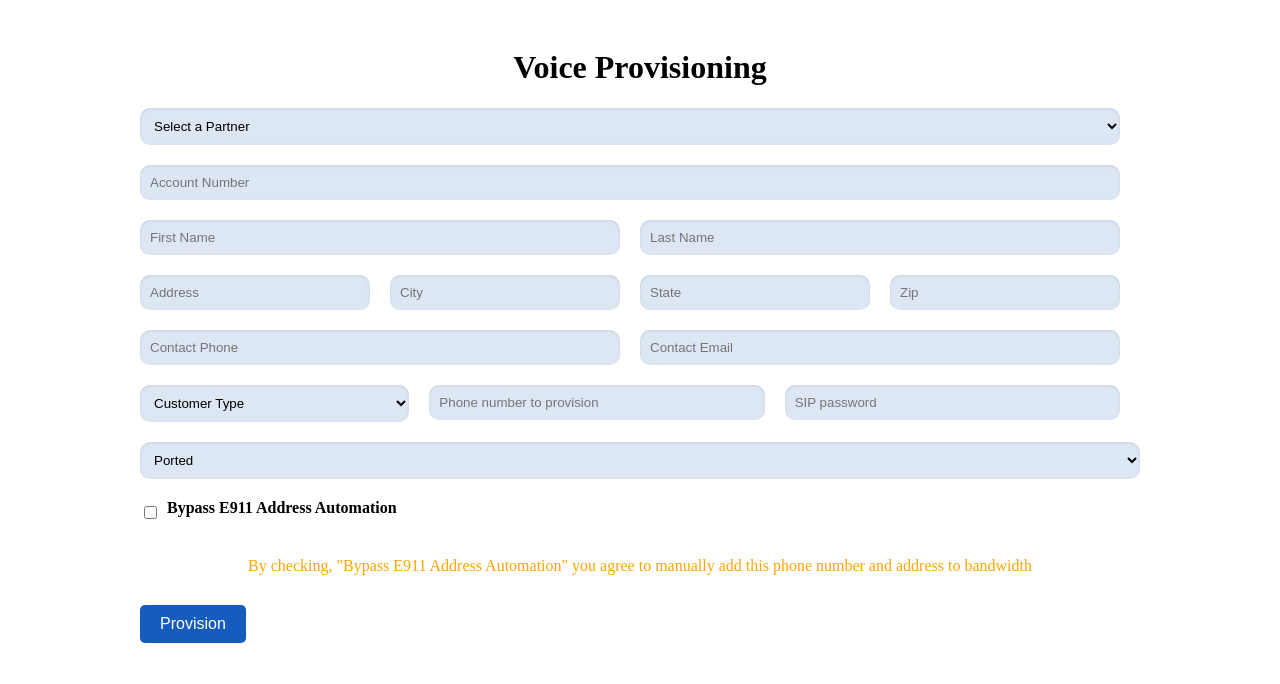
Repository: smallchungus/logiccom
Page: /
The author's editor kept a copy of each file at every save. The page is drawn from the files as they stood at one save, then again after a run of saves.
The browser window is 1280 px wide. The pictures show the whole page.
The project was rebuilt for these pictures with package versions that can differ from the ones it lists, and the page was loaded fresh each time. Also part of the build but not shown: vite.config.ts.

Above is the page before, as saved 2023-05-04 12:30:45.

### src/App.vue
<style src="./styles.css"></style>


<template>


<form>
  <header>
    <h1>Voice Provisioning</h1>
  </header>
      <div class="form-group">
        <!-- <label for="partner">Select a partner:</label> -->
        <select id="partner" name="partner" placeholder="Select a Partner">
          <option value="Sprout">Select a Partner</option>
          <option value="option2">Option 2</option>
        </select>
      </div>

      <div class="form-group">
        <input type="text" id="accountNum" name="accountNum" placeholder="Account Number">
      </div>

    <div class="form-row">
      <div class="form-group">
        <input type="text" id="firstName" name="firstName" placeholder="First Name" class="inline">
      </div>

      <div class="form-group">
        <input type="text" id="lastName" name="lastName" placeholder="Last Name" class="inline">
      </div>
    </div>

    <div class="form-row">
      <div class="form-group">
        <input type="text" id="address" name="address" placeholder="Address">
      </div>

      <div class="form-group">
        <input type="text" id="city" name="city" placeholder="City">
      </div>

      <div class="form-group">
        <input type="text" id="state" name="state" placeholder="State">
      </div>

      <div class="form-group">
        <input type="text" id="zip" name="zip" placeholder="Zip">
      </div>
    </div>

    <div class="form-row">
      <div class="form-group">
        <input type="text" id="contactPhone" name="contactPhone" placeholder="Contact Phone">
      </div>

      <div class="form-group">
        <input type="text" id="contactEmail" name="contactEmail" placeholder="Contact Email">
      </div>
    </div>

    <div class="form-row">
      <div class="form-group">
        <!-- <label for="customerType">Customer Type:</label> -->
        <select id="customerType" name="customerType">
          <option value="Sprout">Customer Type</option>
          <option value="option2">Option 2</option>
        </select>
      </div>

      <div class="form-group">
        <input type="text" id="phoneToProv" name="phoneToProv" placeholder="Phone number to provision">
      </div>

      <div class="form-group">
        <input type="password" id="sipPassword" name="sipPassword" placeholder="SIP password">
      </div>
    </div>

    <!-- <label for="ported">Ported</label> -->
     <select id="ported" name="ported">
      <option value="">Ported</option>
      <option value="option2">Option 2</option>
    </select>


<div class="checkbox-wrapper">
  <input type="checkbox">
  <label for="e911">Bypass E911 Address Automation</label>
</div>

<div class="warning-box">
  By checking, "Bypass E911 Address Automation" you agree to manually add this phone number and address to bandwidth
</div>
    <button type="submit" class="button-primary">Provision</button>
  </form>
</template>

### src/styles.css
header {
    text-align: center;
    margin: 0 auto;
  }

  body {
    text-align: center;
  }

  form {
    /* background-color: #f7f7f7; */
    border-radius: 5px;
    padding: 20px;
    margin: 0 auto;
    max-width: 1000px;
  }

  .form-row {
    display: flex;
    flex-wrap: wrap;
  }

  .form-row .form-group {
    /* width: calc(50% - 10px); */
    margin-right: 20px;
  }


  label {
    display: block;
    font-weight: bold;
    margin-bottom: 10px;
  }

  input[type="text"],
  input[type="password"],
  select {
    box-sizing: border-box; /* add this line */
    background-color: #dde7f4;
    width: 100%;
    padding: 10px;
    border: none;
    border-radius: 10px;
    margin-bottom: 20px;
    box-shadow: inset 0px 1px 3px rgba(0, 0, 0, 0.1);
  }

  input[type="text"].inline {
    display: inline-block;
    /* width: calc(50% - 10px); */
    margin-right: 20px;
  }

  .form-group {
    flex-grow: 1;
    margin-right: 20px;
  }

  .checkbox-wrapper {
    display: flex;
    align-items: center;
    margin-bottom: 20px;
  }

  .checkbox-wrapper input[type="checkbox"] {
    margin-right: 10px;
  }

  .warning-box {

    color: orange;
    padding: 10px;
    margin-bottom: 20px;
    text-align: center;
  }

  button[type="submit"] {
    background-color: #165cbe;
    color: #fff;
    border: none;
    border-radius: 5px;
    padding: 10px 20px;
    font-size: 16px;
    cursor: pointer;
    display: flex;
    justify-content: flex-end;

  }

  @media (min-width: 1024px) {
    header {
      display: flex;
      justify-content: center;
      align-items: center;
    }
  }

Loaded but not shown: index.html (common file); src/main.ts (common file)

After the next 3 saves:
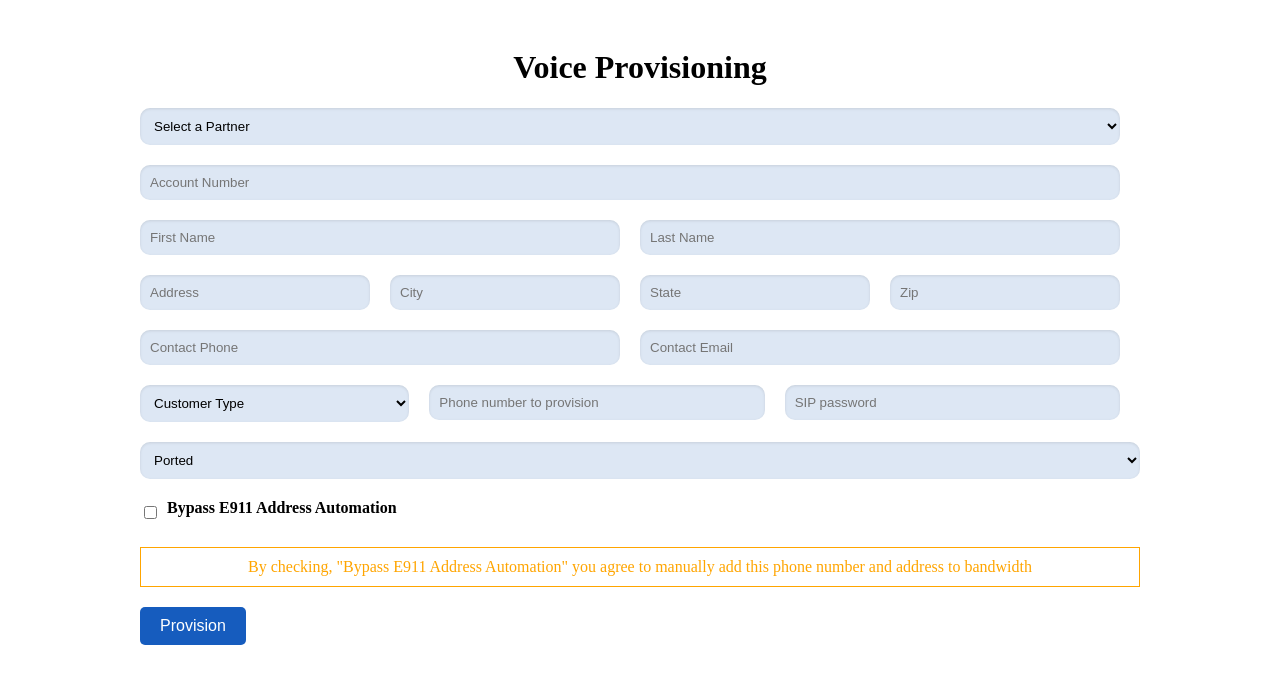
The 3 saves are shown as one change because they came seconds apart.
The last was saved 86 s later.
--- a/src/styles.css
+++ b/src/styles.css
@@ -67,7 +67,7 @@ header {
   }
 
   .warning-box {
-
+    border: 1px solid orange;
     color: orange;
     padding: 10px;
     margin-bottom: 20px;
